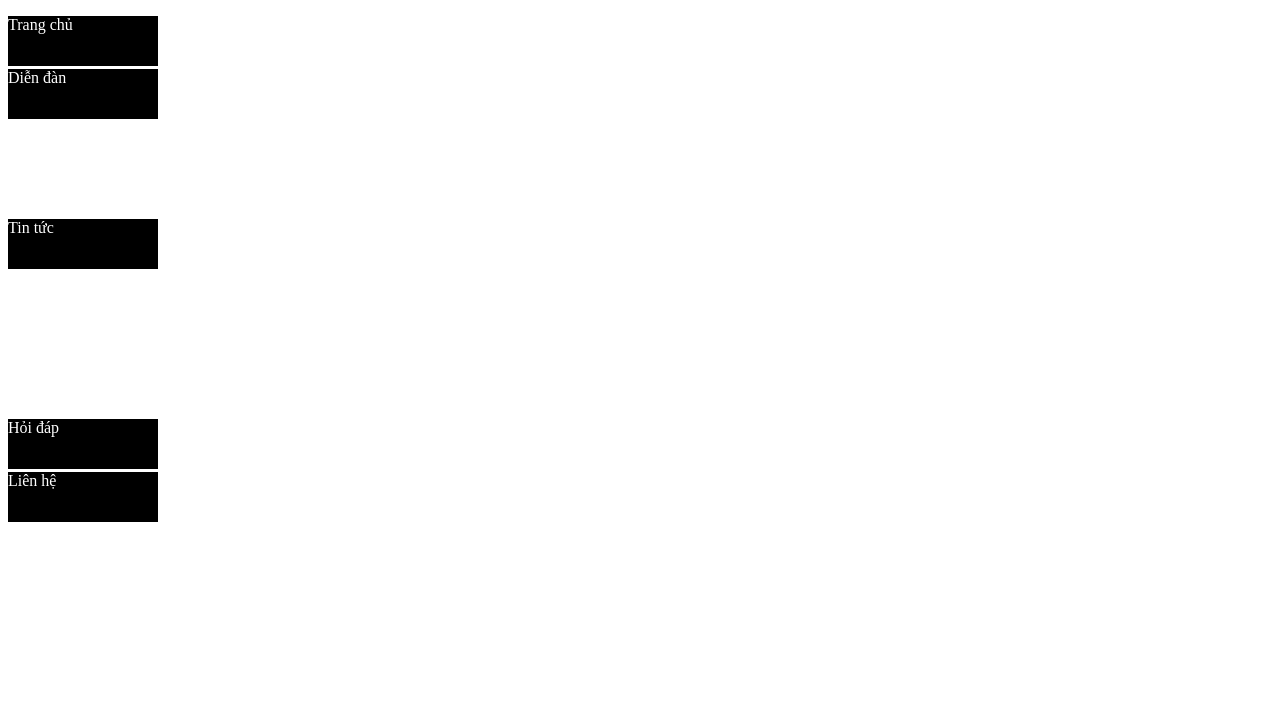
Repository: Tan-Khang21/TH_TKW--Buoi_08
Page: Bai_Tap_Tren_Lop/Bai_02/Bai_02.html
The author's editor kept a copy of each file at every save. The page is drawn from the files as they stood at one save, then again after the next save.
The browser window is 1280 px wide. The pictures show the whole page.

Above is the page before, as saved 2024-03-12 20:44:42.

After the next save:
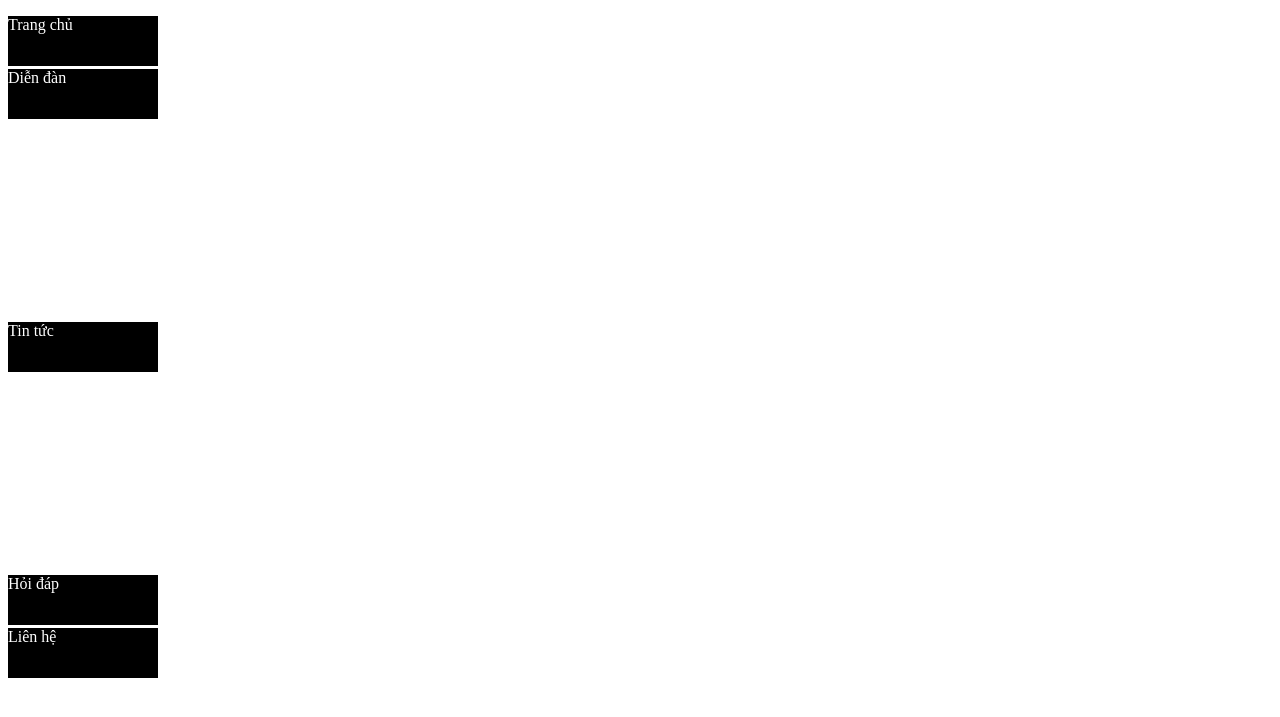
Saved 84 s later.
--- a/Bai_Tap_Tren_Lop/Bai_02/Bai_02.html
+++ b/Bai_Tap_Tren_Lop/Bai_02/Bai_02.html
@@ -7,35 +7,24 @@
     <link rel="stylesheet" href="style.css" />
   </head>
   <body>
-    <ul type="none" class="list1">
+    <ul class="list1">
       <li class="list1_item">Trang chủ</li>
-      <div style="display: flex; align-items: first baseline">
-        <li class="list1_item">Diễn đàn</li>
-        <ul type="none" class="list2">
-          <li class="list2_item">Sinh viên Hufi</li>
-          <div style="display: flex; align-items: first baseline">
-            <li class="list2_item">Sinh viên CNTT</li>
-            <ul type="none" class="list3">
-              <li class="list3_item">Khóa 09DHTH</li>
-              <li class="list3_item">Khóa 10DHTH</li>
-            </ul>
-          </div>
+      <li class="list1_item">Diễn đàn</li>
+      <ul class="list2">
+        <li class="list2_item">Sinh viên Hufi</li>
+        <li class="list2_item">Sinh viên CNTT</li>
+        <ul class="list3">
+          <li class="list3_item">Khóa 09DHTH</li>
+          <li class="list3_item">Khóa 10DHTH</li>
         </ul>
-      </div>
-      <div style="display: flex; align-items: first baseline">
-        <li
-          style="display: flex; align-items: first baseline"
-          class="list1_item"
-        >
-          Tin tức
-        </li>
-        <ul type="none" class="list2">
-          <li class="list2_item">Học vụ</li>
-          <li class="list2_item">Điểm rèn luyện</li>
-          <li class="list2_item">Đoàn thể</li>
-          <li class="list2_item">Sinh hoạt ngoại khóa</li>
-        </ul>
-      </div>
+      </ul>
+      <li class="list1_item">Tin tức</li>
+      <ul class="list2">
+        <li class="list2_item">Học vụ</li>
+        <li class="list2_item">Điểm rèn luyện</li>
+        <li class="list2_item">Đoàn thể</li>
+        <li class="list2_item">Sinh hoạt ngoại khóa</li>
+      </ul>
       <li class="list1_item">Hỏi đáp</li>
       <li class="list1_item">Liên hệ</li>
     </ul>

After the 2 saves that followed:
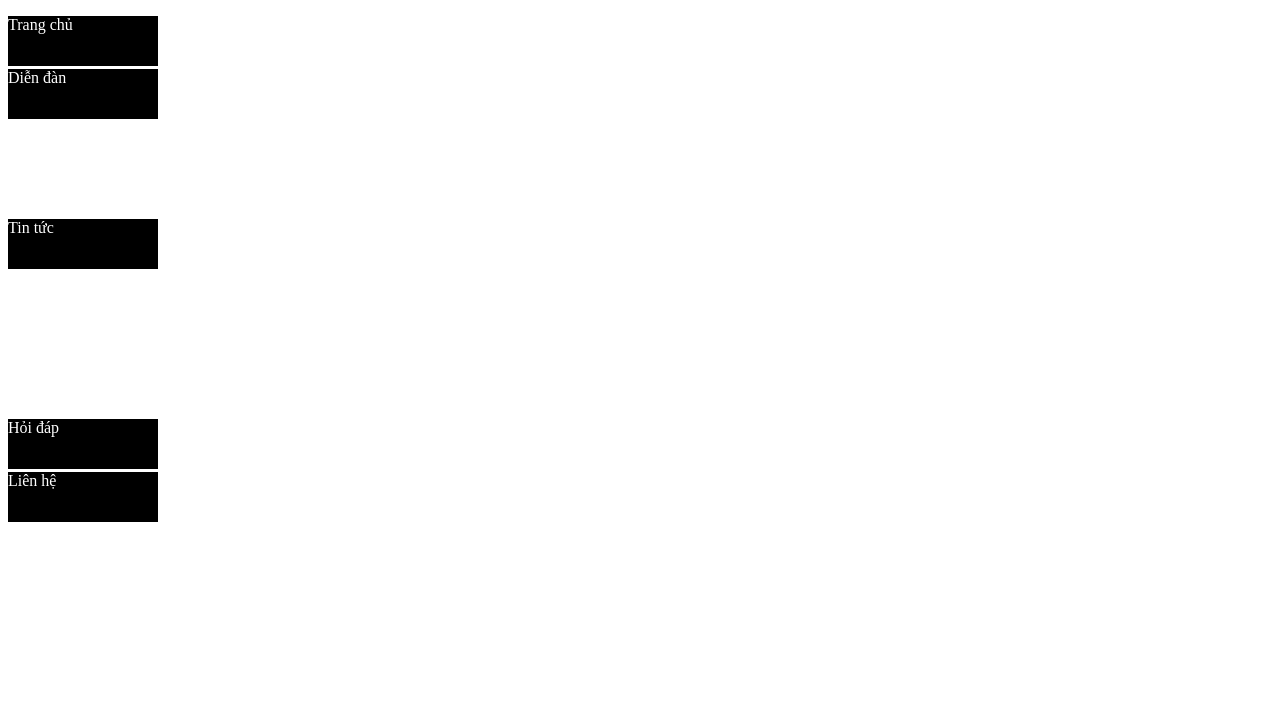
The 2 saves are shown as one change because 1 left the picture as it was.
The last was saved 32 s later.
--- a/Bai_Tap_Tren_Lop/Bai_02/Bai_02.html
+++ b/Bai_Tap_Tren_Lop/Bai_02/Bai_02.html
@@ -7,24 +7,35 @@
     <link rel="stylesheet" href="style.css" />
   </head>
   <body>
-    <ul class="list1">
+    <ul type="none" class="list1">
       <li class="list1_item">Trang chủ</li>
-      <li class="list1_item">Diễn đàn</li>
-      <ul class="list2">
-        <li class="list2_item">Sinh viên Hufi</li>
-        <li class="list2_item">Sinh viên CNTT</li>
-        <ul class="list3">
-          <li class="list3_item">Khóa 09DHTH</li>
-          <li class="list3_item">Khóa 10DHTH</li>
+      <div style="display: flex; align-items: first baseline">
+        <li class="list1_item">Diễn đàn</li>
+        <ul type="none" class="list2">
+          <li class="list2_item">Sinh viên Hufi</li>
+          <div style="display: flex; align-items: first baseline">
+            <li class="list2_item">Sinh viên CNTT</li>
+            <ul type="none" class="list3">
+              <li class="list3_item">Khóa 09DHTH</li>
+              <li class="list3_item">Khóa 10DHTH</li>
+            </ul>
+          </div>
         </ul>
-      </ul>
-      <li class="list1_item">Tin tức</li>
-      <ul class="list2">
-        <li class="list2_item">Học vụ</li>
-        <li class="list2_item">Điểm rèn luyện</li>
-        <li class="list2_item">Đoàn thể</li>
-        <li class="list2_item">Sinh hoạt ngoại khóa</li>
-      </ul>
+      </div>
+      <div style="display: flex; align-items: first baseline">
+        <li
+          style="display: flex; align-items: first baseline"
+          class="list1_item"
+        >
+          Tin tức
+        </li>
+        <ul type="none" class="list2">
+          <li class="list2_item">Học vụ</li>
+          <li class="list2_item">Điểm rèn luyện</li>
+          <li class="list2_item">Đoàn thể</li>
+          <li class="list2_item">Sinh hoạt ngoại khóa</li>
+        </ul>
+      </div>
       <li class="list1_item">Hỏi đáp</li>
       <li class="list1_item">Liên hệ</li>
     </ul>
--- a/Bai_Tap_Tren_Lop/Bai_02/style.css
+++ b/Bai_Tap_Tren_Lop/Bai_02/style.css
@@ -1,27 +1,31 @@
 ul {
   padding: 0;
 }
+
 .list1_item {
   width: 150px;
   height: 50px;
   background-color: black;
   color: white;
   border-bottom: 3px solid #fff;
-  transition: 0.2 linear;
+  transition: 0.2s linear; /* Sửa đổi đơn vị thời gian */
 }
+
 .list1_item:hover {
   background-color: #454545;
 }
+
 .list2_item,
 .list3_item {
   width: 150px;
   height: 50px;
   background-color: #808080;
   color: white;
-  transition: 0.2 linear;
+  transition: 0.2s linear; /* Sửa đổi đơn vị thời gian */
   visibility: hidden;
 }
 
-li.list1_item:hover + li.list2_item {
+.list1_item:hover + ul .list2_item,
+.list2_item:hover + ul .list3_item {
   visibility: visible;
 }
